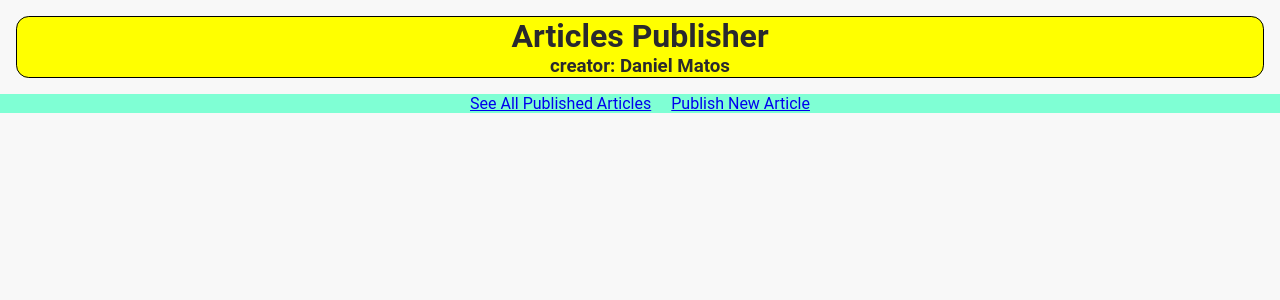
Repository: batmit/publish_articles
Page: /
These files come from the project's save history. The page is drawn as it stood at one moment and after the next save; the edit follows.
The browser window is 1280 px wide. The pictures show the whole page.
The project was rebuilt for these pictures with package versions that can differ from the ones it lists, and the page was loaded fresh each time. Also part of the build but not shown: src/pages/articles.tsx, src/styles/Home.scss, src/pages/publish_articles.tsx.

Above is the page before, as saved 2021-06-28 22:12:12.

### public/index.html
<!DOCTYPE html>
<html lang="en">
  <head>
    <meta charset="utf-8" />
    <meta name="viewport" content="width=device-width, initial-scale=1" />
    <meta name="theme-color" content="#000000" />
    <meta
      name="description"
      content="Web site created using create-react-app"
    />
    <title>publish_articles</title>
  </head>
  <body>
    <noscript>You need to enable JavaScript to run this app.</noscript>
    <div id="root"></div>
    <!--
      This HTML file is a template.
      If you open it directly in the browser, you will see an empty page.

      You can add webfonts, meta tags, or analytics to this file.
      The build step will place the bundled scripts into the <body> tag.

      To begin the development, run `npm start` or `yarn start`.
      To create a production bundle, use `npm run build` or `yarn build`.
    -->
  </body>
</html>

### src/App.tsx
import React from 'react';
import { BrowserRouter, Route } from 'react-router-dom';
import { Articles } from './pages/articles';


import {Home} from './pages/Home';
import { publish_articles } from './pages/publish_articles';

import './styles/global.scss';



function App() {
  return (

    <BrowserRouter>

      <Route path='/' exact component={Home} />

      <Route path='/articles' component={Articles} />

      <Route path='/publish' component={publish_articles}/>



    </BrowserRouter>

  );
}

export default App;

### src/pages/Home.tsx
import { Link } from 'react-router-dom'
import '../styles/Home.scss'

export function Home() {
    return (
        <>
            <header>

                <h1>Articles Publisher</h1>
                <h3>creator: Daniel Matos</h3>

            </header>

            <main>

                <Link to='/articles'>See All Published Articles</Link>

                    <br />

                <Link to='/publish'>Publish New Article</Link>

            </main>
        </>


    );
}

### src/styles/global.scss
* {
    margin: 0;
    padding: 0;
    box-sizing: boder-box;
}

body{
    background: #f8f8f8;
    color: #29292e;
}

body, input, button, textarea {
    font: 400 16px 'Roboto', sans-serif ; // se não rodar o Roboto pega o sans-serif
}

header {
    text-align: center;
    justify-content: center;
    align-items: center;
    background: yellow;
    border: 1px solid black;
    border-radius: 0.8rem;
    margin: 1rem;
}

main {
    align-items: center;
    justify-content: center;
    display: flex;
    gap: 10px;
    background: aquamarine;

}

Loaded but not shown: src/index.tsx (common file)

After the next save:
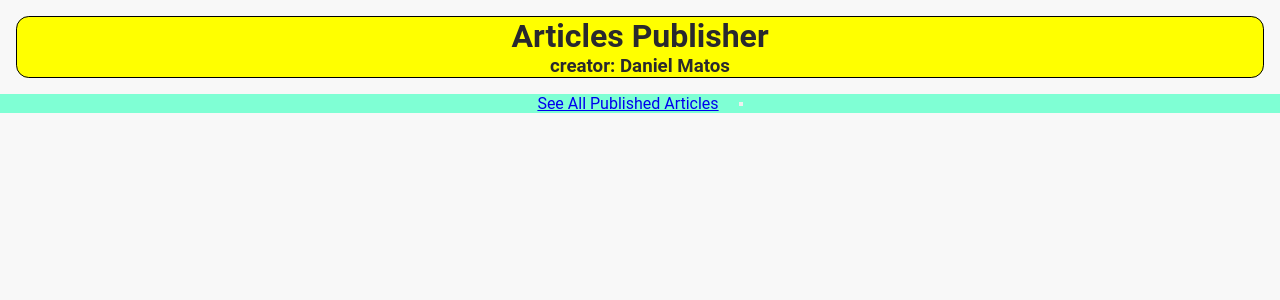
Saved 61 s later.
--- a/src/pages/Home.tsx
+++ b/src/pages/Home.tsx
@@ -17,7 +17,9 @@ export function Home() {
 
                     <br />
 
-                <Link to='/publish'>Publish New Article</Link>
+                <button>
+
+                </button>
 
             </main>
         </>
